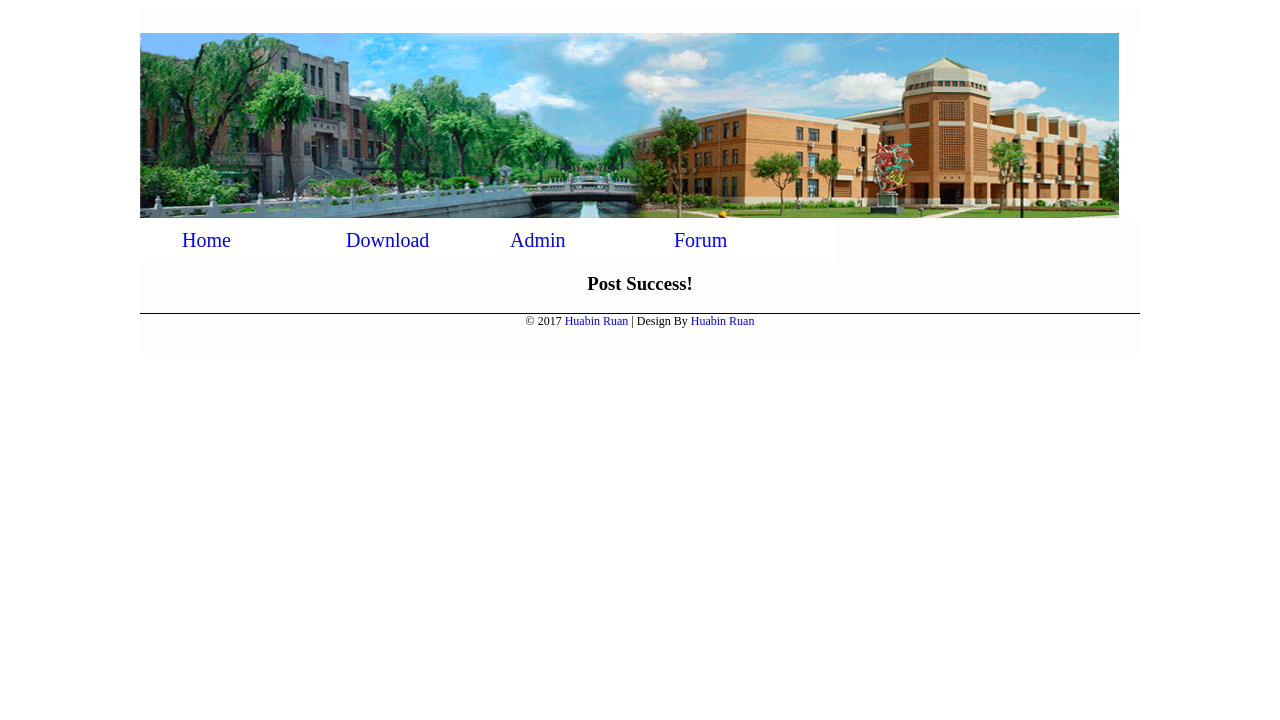
Repository: ruanhuabin/LifeSoftwareWebSite
Page: http://localhost/CryoEM/test.jsp
The author's editor kept a copy of each file at every save. The page is drawn from the files as they stood at one save, then again after the next save.
The browser window is 1280 px wide. The pictures show the whole page.
The page is served by Tomcat 9. Nobody is signed in. The application's start-up code is not run.

Above is the page before, as saved 2017-08-11 04:53:00.

After the next save:
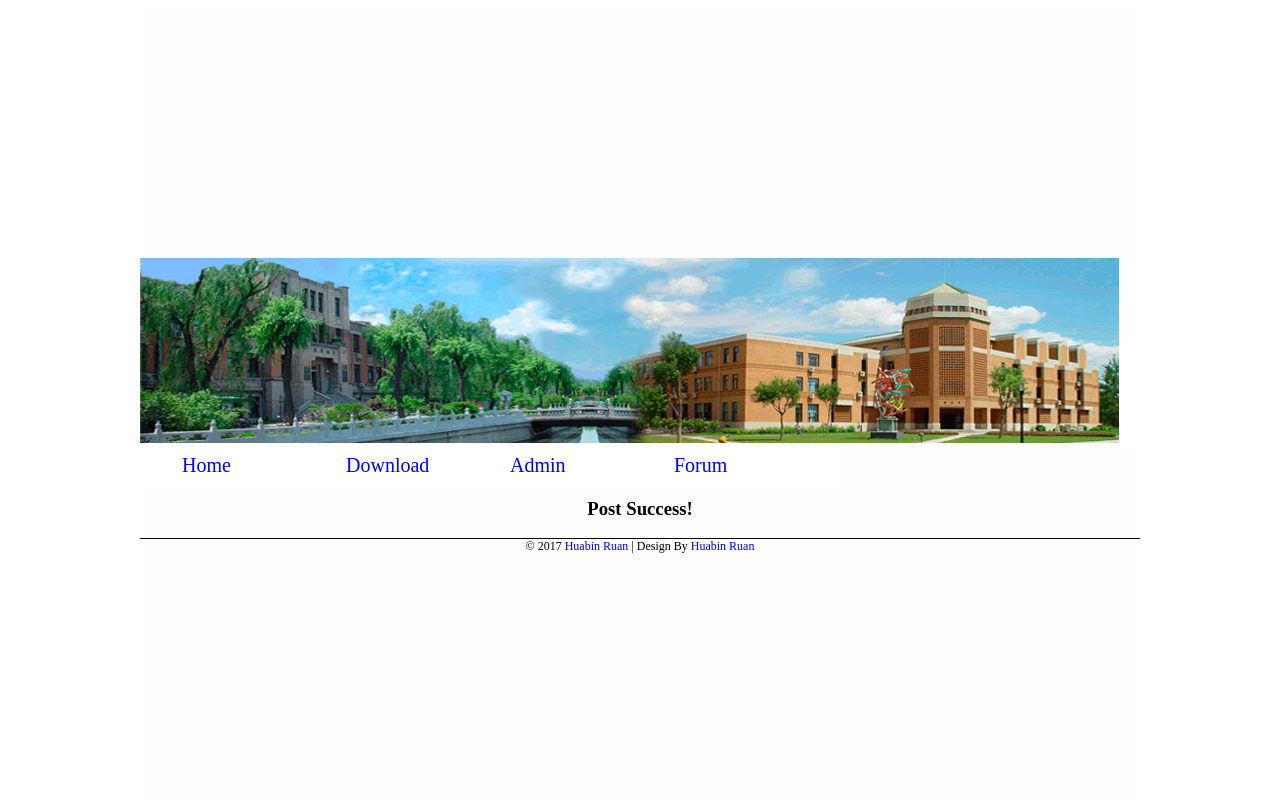
Saved 15 s later.
--- a/CryoEM/WebRoot/style.css
+++ b/CryoEM/WebRoot/style.css
@@ -53,7 +53,7 @@ body
    /*  background-color:white; */
 
    clear:both;
-	padding:25px 0px;
+	padding:250px 0px;
 	}
 
 a
